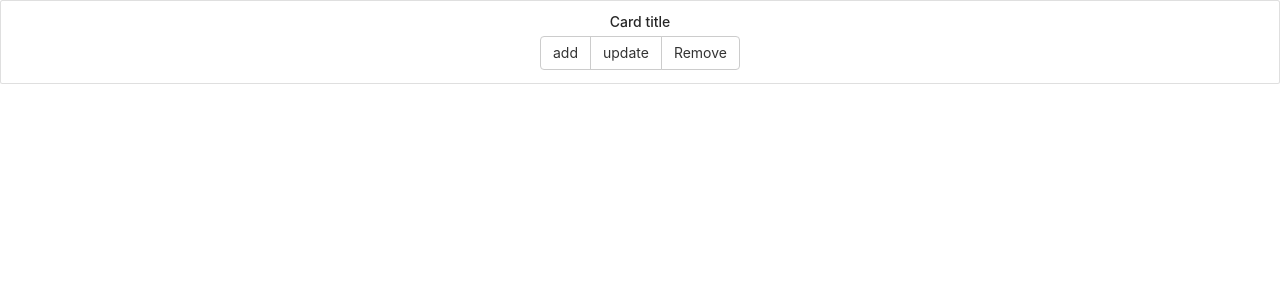
Repository: busiui/react
Page: /
These files come from the project's save history. The page is drawn as it stood at one moment and after the next save; the edit follows.
The browser window is 1280 px wide. The pictures show the whole page.
The project was rebuilt for these pictures with package versions that can differ from the ones it lists, and the page was loaded fresh each time.

Above is the page before, as saved 2020-03-18 20:55:32.

After the next save:
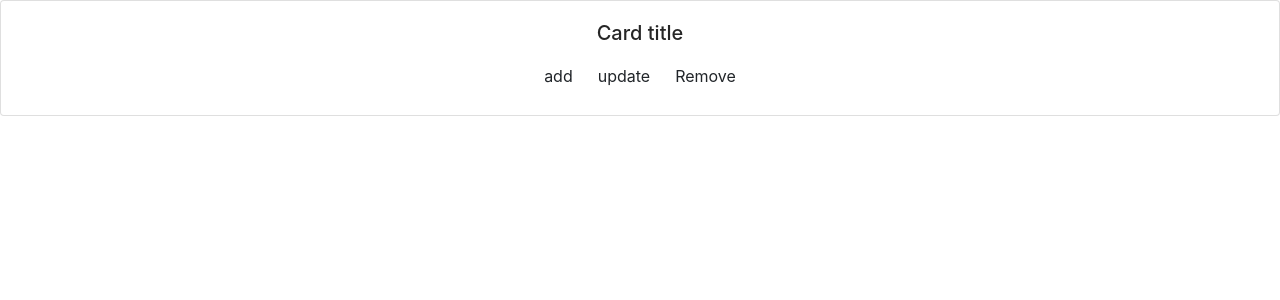
Saved 25 s later.
--- a/src/App.js
+++ b/src/App.js
@@ -2,8 +2,8 @@
 // import { Link } from 'react-router-dom';
 // import logo from './logo.svg';
 import './App.css';
-import 'bootstrap/dist/css/bootstrap.min.css';
-import 'bootstrap/dist/js/bootstrap';
+// import 'bootstrap/dist/css/bootstrap.min.css';
+// import 'bootstrap/dist/js/bootstrap';
 
 class App extends Component {
   render() {
